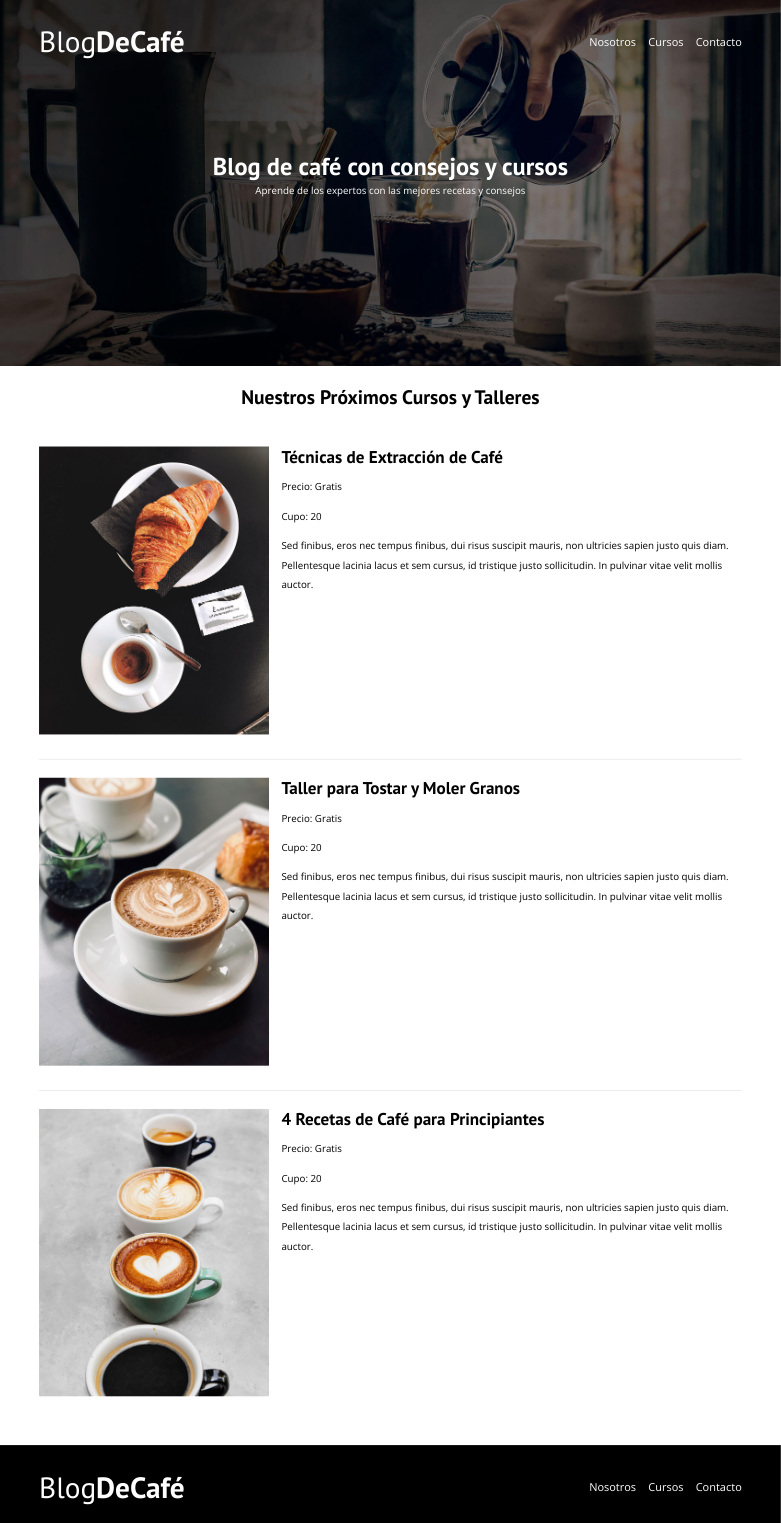
Repository: araque1990/blog_de_cafe
Page: cursos.html
These files come from the project's save history. The page is drawn as it stood at one moment and after the next save; the edit follows.
The browser window is 1280 px wide. The pictures show the whole page, at 61% of full size.

Above is the page before, as saved 2023-01-12 18:37:22.

After the next save:
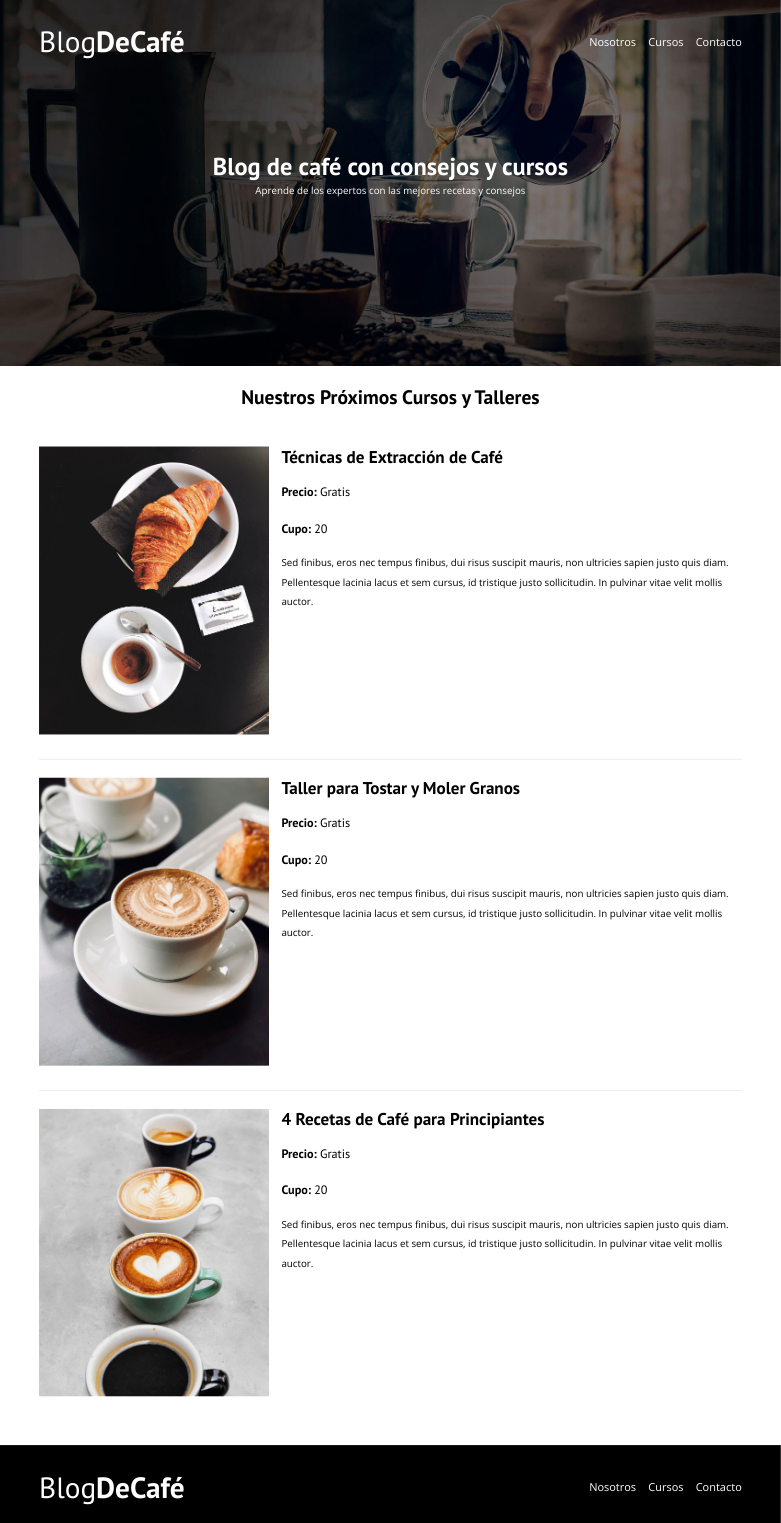
Saved 5 min 19 s later.
--- a/css/styles.css
+++ b/css/styles.css
@@ -205,3 +205,15 @@ img {
 .curso:last-of-type {
   border: none;
 }
+
+/* NOTA: podemos simplemente añadir estas clases a los estilos de widget correspodientes para evitar duplicidades. */
+.curso__label {
+  font-family: var(--fuenteHeading);
+  font-weight: 700;
+}
+.curso__info {
+  font-weight: 400;
+}
+.curso__info, .curso__label {
+  font-size: 2rem;
+}
